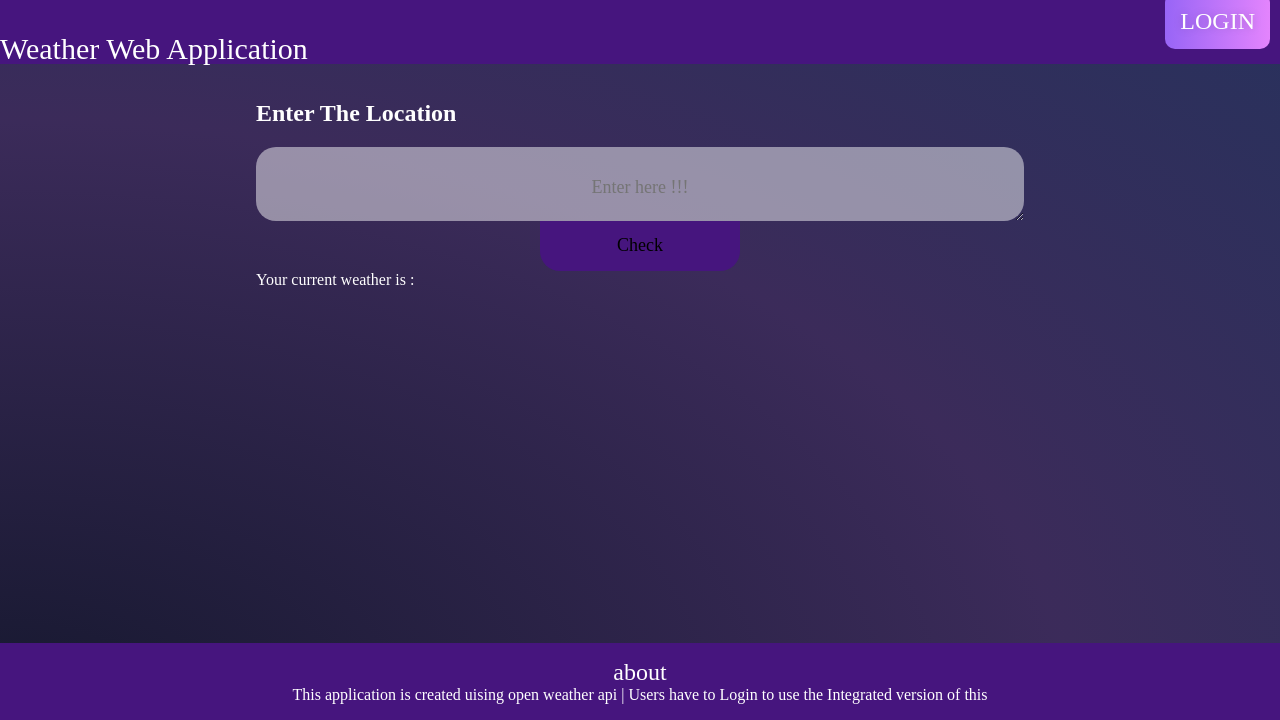
Repository: Irfan-vit/openapi
Page: index.html
The author's editor kept a copy of each file at every save. The page is drawn from the files as they stood at one save, then again after the next save.
The browser window is 1280 px wide. The pictures show the whole page.

Above is the page before, as saved 2021-05-29 00:06:44.

### index.html
<!DOCTYPE html>
<html lang="en">

<head>
    <meta charset="UTF-8">
    <meta http-equiv="X-UA-Compatible" content="IE=edge">
    <meta name="viewport" content="width=device-width, initial-scale=1.0">
    <title>Api</title>
    <link rel="stylesheet" href="style.css">
</head>

<body>


    <div class="nav">
        <input type="checkbox" id="nav-check" />
        <div class="nav-header">
            <div class="nav-title">
                Weather Web Application
            </div>
        </div>
        <div class="nav-btn">
            <label for="nav-check">
                <span></span>
                <span></span>
                <span></span>
            </label>
        </div>

        <div class="nav-links">
            <div class="container">
                <a class="btn btn-1">Login</a>
            </div>
        </div>
    </div>

    <main>

        <h2>Enter The Location</h2>

        <textarea name="" id="txt-input" class="t-area" placeholder="Enter here !!!"></textarea>

        <button id="btn-translate">
            Check
        </button>

        <div>Your current weather is :</div>

        <div id="output" class="t-area">

        </div>

    </main>

    <footer>
        <div style="font-size: x-large;">about</div>
        <p>This application is created uising open weather api | Users have to Login to use the Integrated version of this </p>
    </footer>



    <script src="app.js" type="text/javascript"></script>
</body>

</html>

### style.css
/* @import url('https://fonts.googleapis.com/css2?family=Kalam&display=swap'); */

* {
    box-sizing: border-box;
}

:root {
    --primary: #46157E;
    --black: #333333;
    --width-break:800px
}

body {
    margin: 0;
    /* font-family: 'Kalam', cursive; */
    color: #333333;
      background: radial-gradient(
    ellipse at left bottom,
    rgba(22, 24, 47, 1) 0%,
    rgba(38, 20, 72, 0.9) 59%,
    rgba(17, 27, 75, 0.9) 100%
  );
    height: 100%;
    margin: 0;
    background-repeat: no-repeat;
    background-attachment: fixed;
    color: white;

}

nav {
    background-color: var(--primary);
    text-align: center;
}

main {
    margin: auto;
    padding: 1rem;
    max-width: var(--width-break);
}

textarea {
    display: block;
    width: 100%;
    min-height: 5vh;
    font-size: large;
    font-family: inherit;
    background-color: #ffffff7a;
    border:none;
    border-radius:20px;
    text-align: center;
    padding-top: 30px;;
}

textarea:hover {
    display: block;
    width: 100%;
    min-height: 5vh;
    font-size: large;
    font-family: inherit;
    background-color: #ffffff;
    border-radius:20px;
    border: none;
    text-align: center;
}

button {
    background-color: var(--primary);
    border: none;
    margin: 8rem 0rem;
    font-family: 'Kalam', cursive;
    font-size: large;
    cursor: pointer;
    height: 50px;
    width: 200px;
    border-bottom-left-radius:20px;
    border-bottom-right-radius:20px;
    margin:auto;
    display:block;

}


#output {
    box-sizing: border-box;
    width: 100%;
    min-height: 10vh;
    max-height: 20vh;
    /* border: 1px solid var(--black); */
}

footer {
    position: fixed;
    bottom: 0;
    width: 100%;
    padding: 1rem;
    background-color: var(--primary);
    text-align: center;
}

footer p {
    max-width: var(--width-break);
    margin: auto;
}

.nav {
  height: 50px;
  width: 100%;
  background-color: #46157E;
  position: relative;
  padding:2rem 0rem;
}

.nav > .nav-header {
  display: inline;
}

.nav > .nav-header > .nav-title {
  display: inline-block;
  font-size: 30px;
  color: #fff;
}

.nav > .nav-btn {
  display: inline-block;
}

.nav > .nav-links {
  display: inline;
  float: right;
  font-size: 18px;
  margin:-1.5rem 0rem ;
}

.nav > .nav-links > a {
  display: inline-block;
  padding: 13px 10px 13px 10px;
  text-decoration: none;
  color: #efefef;
}

.nav > .nav-links > a:hover {
  background-color: rgba(0, 0, 0, 0.3);
}

.nav > #nav-check {
  display: none;
}

@media (max-width:600px) {
  .nav > .nav-btn {
    display: inline-block;
    position: absolute;
    right: 0px;
    top: 0px;
  }
  .nav > .nav-btn > label {
    display: inline-block;
    width: 50px;
    height: 50px;
    padding: 13px;
  }
  .nav > .nav-btn > label:hover,.nav  #nav-check:checked ~ .nav-btn > label {
    background-color: rgba(0, 0, 0, 0.3);
  }
  .nav > .nav-btn > label > span {
    display: block;
    width: 25px;
    height: 10px;
    border-top: 2px solid #eee;

  }
  .nav > .nav-links {
    position: absolute;
    display: block;
    width: 100%;
    background-color: #333;
    height: 0px;
    transition: all 0.3s ease-in;
    overflow-y: hidden;
    top: 50px;
    left: 0px;
    margin-top:0.4rem;
  }
  .nav > .nav-links > a {
    display: block;
    width: 100%;
  }
  .nav > #nav-check:not(:checked) ~ .nav-links {
    height: 0px;
  }
  .nav > #nav-check:checked ~ .nav-links {
    height: calc(100vh - 50px);
    overflow-y: auto;
  }
}

.btn {
  flex: 1 1 auto;
  margin: 10px;
  padding: 15px;
  text-align: center;
  text-transform: uppercase;
  transition: 0.5s;
  background-size: 200% auto;
  color: white;
 text-shadow: 0px 0px 10px rgba(0,0,0,0.2);
  /* box-shadow: 0 0 20px #eee; */
  border-radius: 10px;
  cursor: pointer;
  font-size: 1.5rem;
 }



.btn:hover {
  background-position: right center; /* change the direction of the change here */
}

.btn-1 {
  background-image: linear-gradient(to right, #9865f6 0%, #e585fd 51%, #cd65f6 100%);
}

### app.js
var btnTranslate = document.querySelector("#btn-translate");
var txtInput = document.querySelector("#txt-input");
var outputDiv = document.querySelector('#output')
var serverURL = "https://api.openweathermap.org/data/2.5/weather?q="
var key = "&appid=49257f6591cfc3ed8daf0b5970d519cb"

function getTranslationURL(text) {
    return serverURL + text + key
}

function errorHandler(error) {
    console.log("error occured", error)
    alert("something went wrong  :  " + error)
}

function clickHandler() {
    // outputDiv.innerText = "translated  " + txtInput.value + "  To : bababbababababababa ";

    var inputText = txtInput.value;

    fetch(getTranslationURL(inputText))
        .then(response => response.json())
        .then(json => {
            var translatedText = "Country : " + json['sys']['country'] + " | tempreature : " + json['main']['temp'] + " | weather : " +  json['weather'][0]['description'] + " | longitude : " + json['coord']['lon'] + " | latitude : " + json['coord']['lat'] + " | wind speed : " + json['wind']['speed'] + " | Wind direction, degrees : " + json['wind']['deg'];
            outputDiv.innerText = translatedText;
            })
    };


btnTranslate.addEventListener("click", clickHandler)

After the next save:
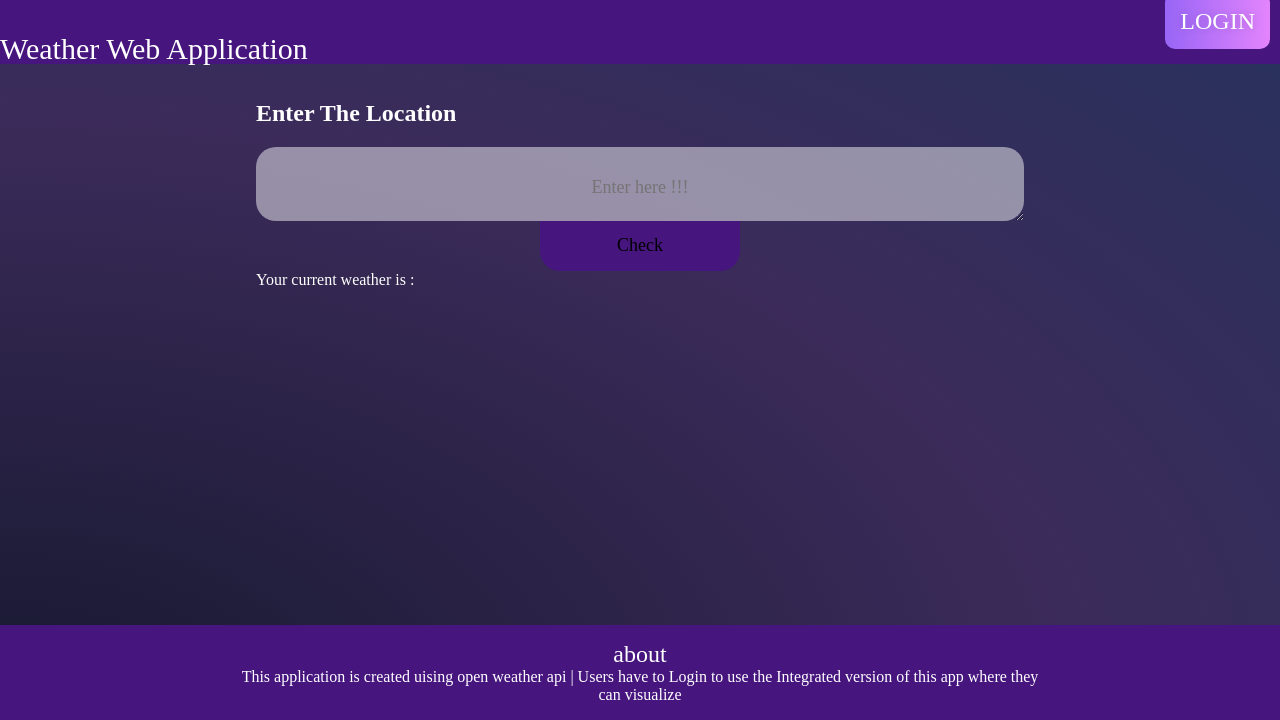
Saved 12 s later.
--- a/index.html
+++ b/index.html
@@ -54,7 +54,7 @@
 
     <footer>
         <div style="font-size: x-large;">about</div>
-        <p>This application is created uising open weather api | Users have to Login to use the Integrated version of this </p>
+        <p>This application is created uising open weather api | Users have to Login to use the Integrated version of this app where they can visualize </p>
     </footer>
 
 
